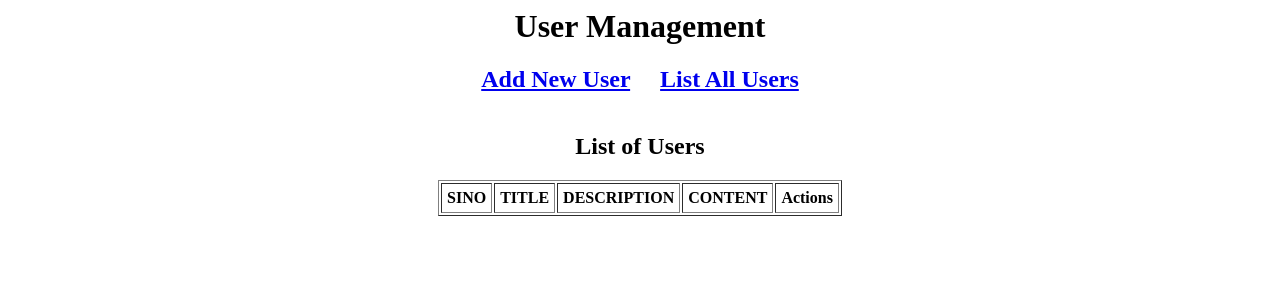
Repository: samadrita-Chatterjee/Java30Project
Page: http://localhost/MVCWebApp17/
These files come from the project's save history. The page is drawn as it stood at one moment and after the next save; the edit follows.
The browser window is 1280 px wide. The pictures show the whole page.
The page is served by Tomcat 9. Queries for data that is not in the repository find no rows.

Above is the page before, as saved 2023-05-30 03:50:54.

After the next save:
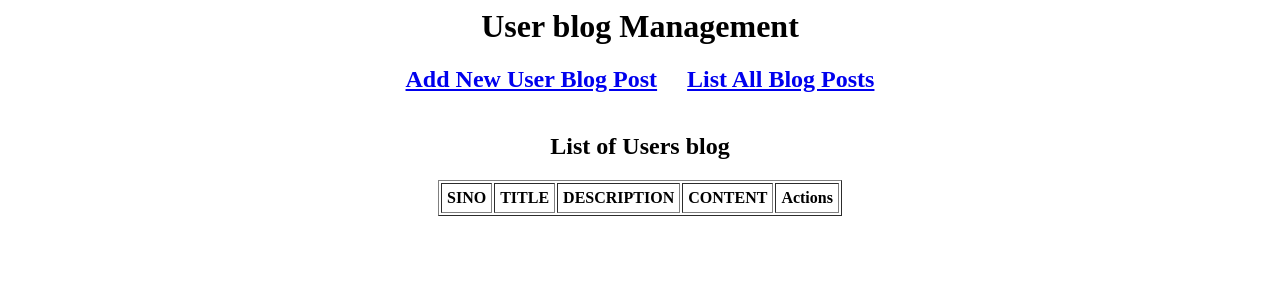
Saved 3 s later.
--- a/MVCWebApp17/src/main/webapp/user-list.jsp
+++ b/MVCWebApp17/src/main/webapp/user-list.jsp
@@ -3,21 +3,21 @@
 <%@ taglib uri="http://java.sun.com/jsp/jstl/core" prefix="c" %>
 <html>
 <head>
-	<title>User Management Application</title>
+	<title>User blog  Management Application</title>
 </head>
 <body>
 	<center>
-		<h1>User Management</h1>
+		<h1>User blog Management</h1>
         <h2>
-        	<a href="new">Add New User</a>
+        	<a href="new">Add New User Blog Post</a>
         	&nbsp;&nbsp;&nbsp;
-        	<a href="list">List All Users</a>
+        	<a href="list">List All Blog Posts</a>
 
         </h2>
 	</center>
     <div align="center">
         <table border="1" cellpadding="5">
-            <caption><h2>List of Users</h2></caption>
+            <caption><h2>List of Users blog</h2></caption>
             <tr>
                 <th>SINO</th>
                 <th>TITLE</th>
